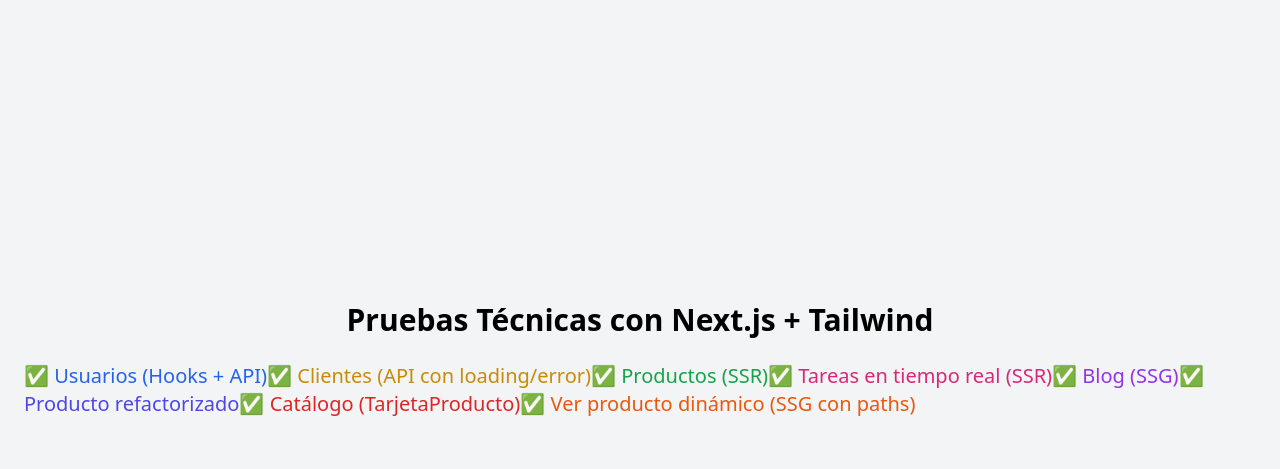
Repository: dienton82/nextjs-multifetch-demo
Page: /
An editor plug-in stored every save of this project. The page is shown before and after the next save, followed by the edit.
The browser window is 1280 px wide. The pictures show the whole page.
The project was rebuilt for these pictures with package versions that can differ from the ones it lists, and the page was loaded fresh each time. The framework's server and built-in components were replaced by stand-ins that run in the browser.

Above is the page before, as saved 2025-05-13 18:57:18.

### pages/index.tsx
import Link from 'next/link';

export default function Home() {
  return (
    <div className="min-h-screen flex flex-col justify-center items-center bg-gray-100 p-6">
      <h1 className="text-3xl font-bold mb-6">Pruebas Técnicas con Next.js + Tailwind</h1>
      <div className="space-y-4">
        <Link href="/usuarios" className="text-blue-600 hover:underline text-xl">
          ✅ Usuarios (Hooks + API)
        </Link>
        <Link href="/clientes" className="text-yellow-600 hover:underline text-xl">
          ✅ Clientes (API con loading/error)
        </Link>
        <Link href="/productos" className="text-green-600 hover:underline text-xl">
          ✅ Productos (SSR)
        </Link>
        <Link href="/tiempo-real" className="text-pink-600 hover:underline text-xl">
          ✅ Tareas en tiempo real (SSR)
        </Link>
        <Link href="/blog" className="text-purple-600 hover:underline text-xl">
          ✅ Blog (SSG)
        </Link>
        <Link href="/prueba-refactor" className="text-indigo-600 hover:underline text-xl">
          ✅ Producto refactorizado
        </Link>
        <Link href="/catalogo" className="text-red-600 hover:underline text-xl">
          ✅ Catálogo (TarjetaProducto)
        </Link>
        <Link href="/producto/1" className="text-orange-600 hover:underline text-xl">
          ✅ Ver producto dinámico (SSG con paths)
        </Link>
      </div>
    </div>
  );
}

Loaded but not shown: pages/_app.tsx (common file); styles/globals.css (common file); tailwind.config.js (common file)

After the next save:
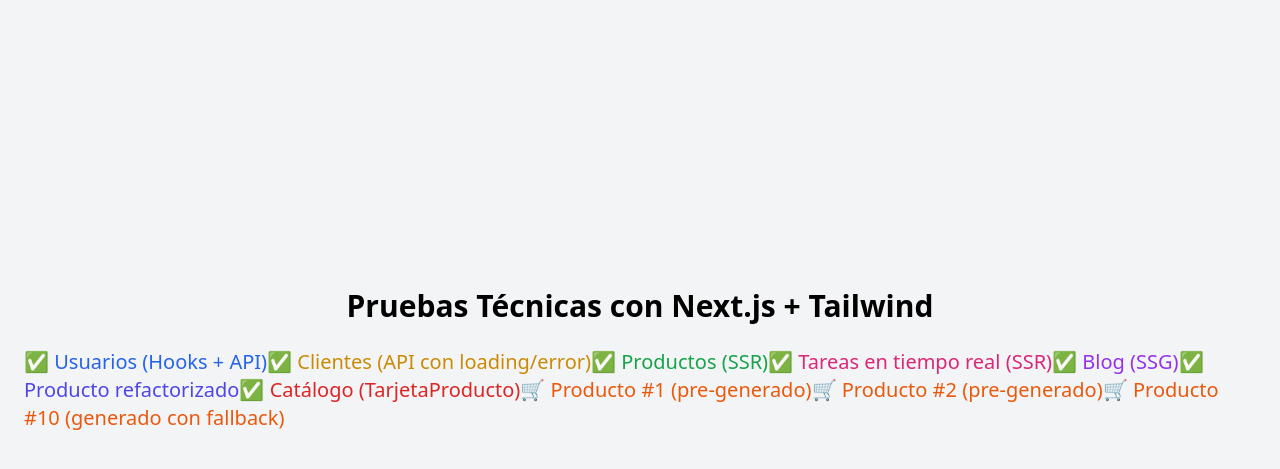
Saved 3 min 43 s later.
--- a/pages/index.tsx
+++ b/pages/index.tsx
@@ -27,7 +27,13 @@
           ✅ Catálogo (TarjetaProducto)
         </Link>
         <Link href="/producto/1" className="text-orange-600 hover:underline text-xl">
-          ✅ Ver producto dinámico (SSG con paths)
+          🛒 Producto #1 (pre-generado)
+        </Link>
+        <Link href="/producto/2" className="text-orange-600 hover:underline text-xl">
+          🛒 Producto #2 (pre-generado)
+        </Link>
+        <Link href="/producto/10" className="text-orange-600 hover:underline text-xl">
+          🛒 Producto #10 (generado con fallback)
         </Link>
       </div>
     </div>
